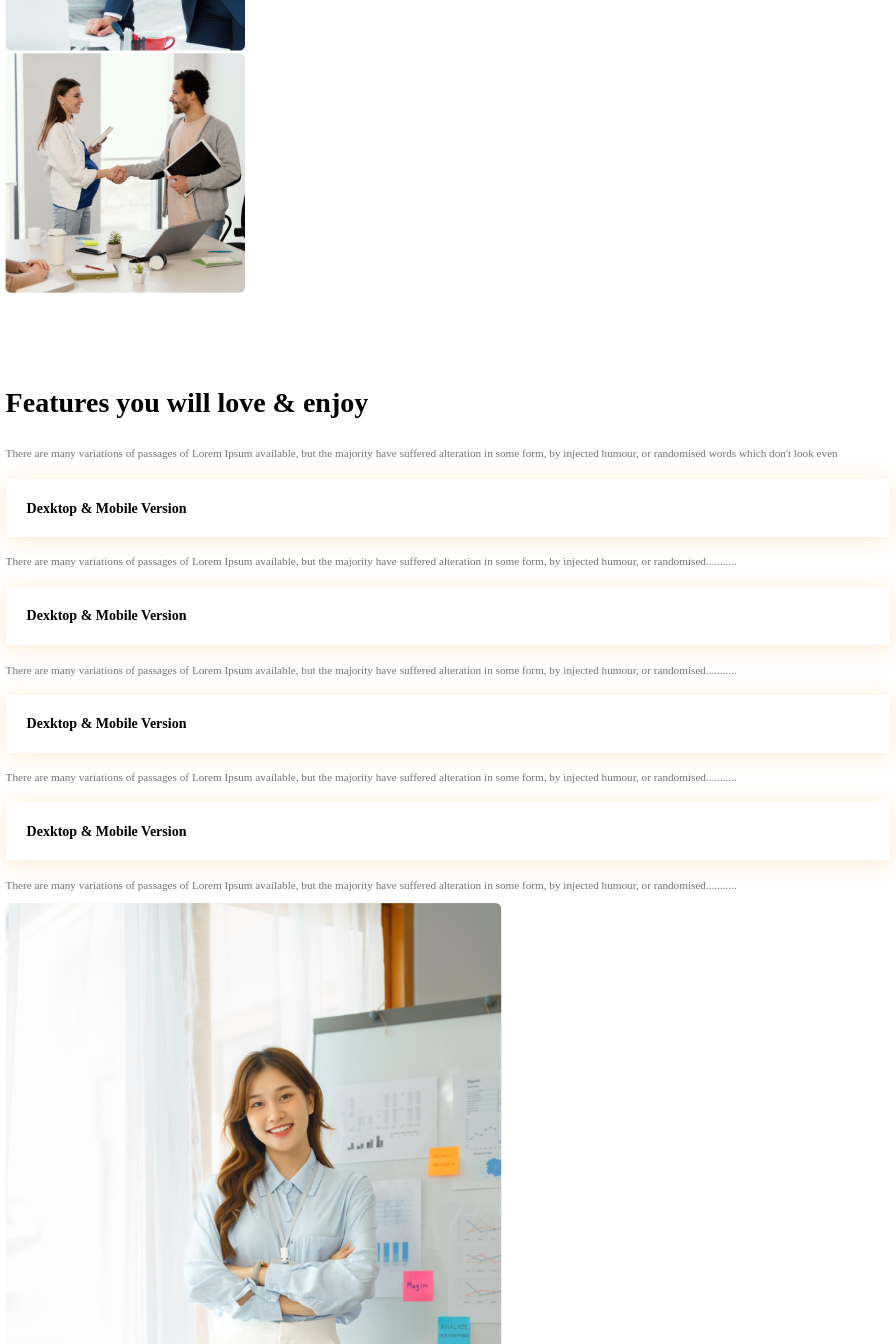
Repository: tanimtanzilislam/g3-architect-website
Page: index.html
The author's editor kept a copy of each file at every save. The page is drawn from the files as they stood at one save, then again after the next save.
The browser window is 1280 px wide. The pictures show the part of the page from y = 2263 to 4183 px (the page is 6203 px tall), at 70% of full size.

Above is the page before, as saved 2026-02-06 22:32:43.

After the next save:
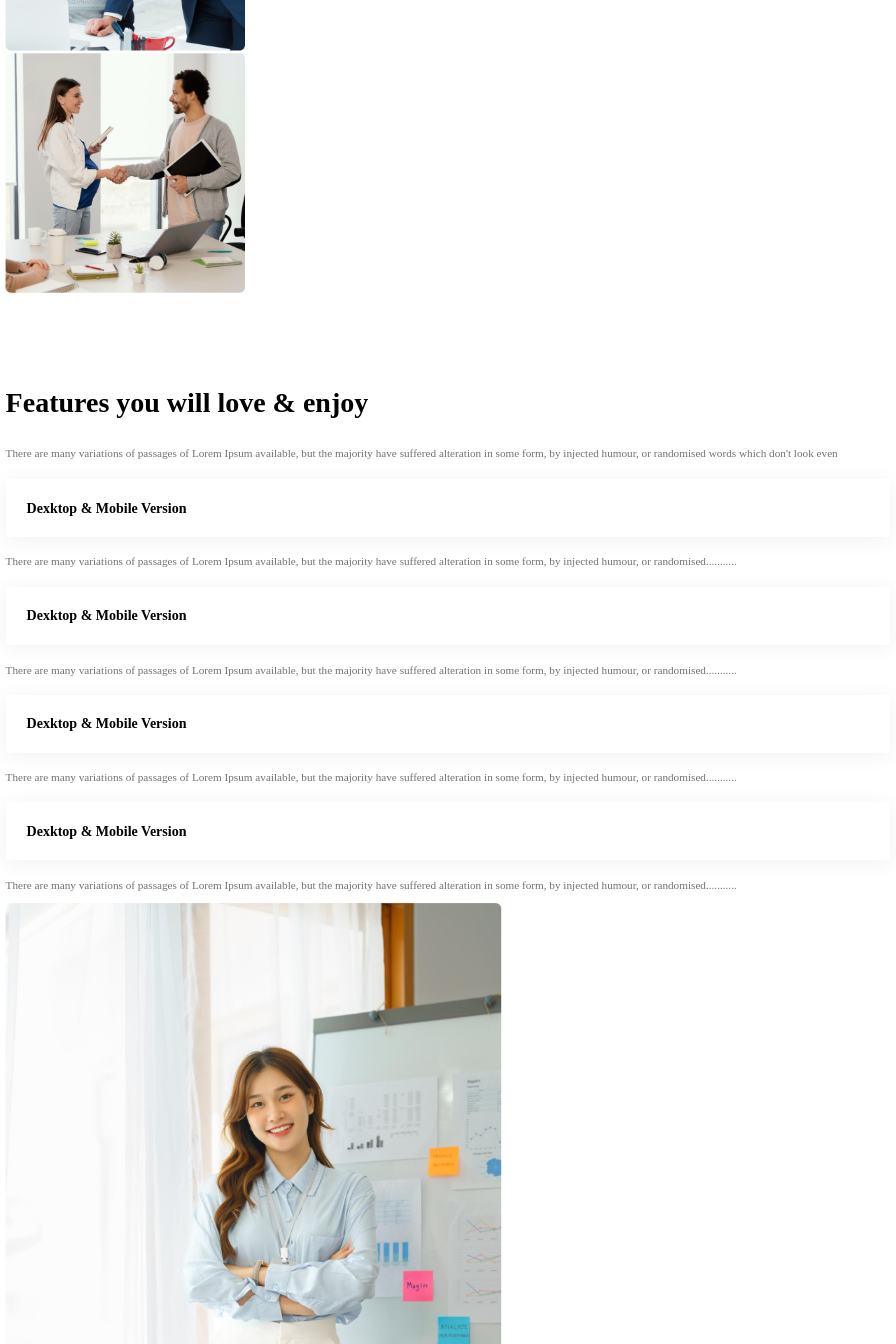
Saved 14 s later.
--- a/styles/styles.css
+++ b/styles/styles.css
@@ -116,7 +116,7 @@
   font-weight:600;
   font-size:1.25rem;
   padding:30px;
-  box-shadow: 0 4px 30px 0 rgba(255,144,14,0.2);
+  box-shadow: 0 4px 30px 0 rgba(0,0,0,0.06);
 
 }
 /* Some Facts related styles */
